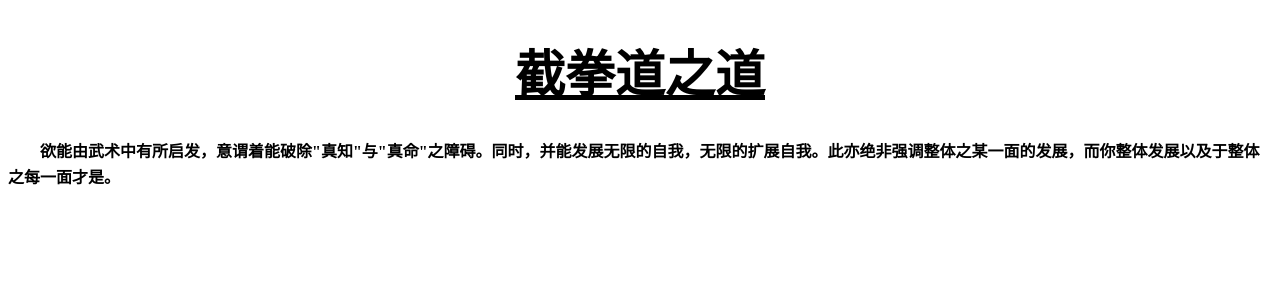
Repository: MasterKweng/workspace
Page: WebBasic/WebContent/Day02/text.html
The author's editor kept a copy of each file at every save. The page is drawn from the files as they stood at one save, then again after the next save.
The browser window is 1280 px wide. The pictures show the whole page.

Above is the page before, as saved 2018-01-04 06:49:06.

### WebBasic/WebContent/Day02/text.html
<!doctype html>
<html>
	<head>
		<title>文本格式化</title>
		<meta charset="utf-8"/>
		<style type="text/css">
			body{
				font-family:'微软雅黑';
			}
			h1{
				font-size:50px;
				text-align:center;
				text-decoration:underline;
			}
			p{
				font-weight:bold;
				line-height:1.6em;/*行间距*/
				text-indent:2em;/*缩进*/
			}
		</style>
	</head>
	<body>
		<h1>截拳道之道</h1>
		<p>欲能由武术中有所启发，意谓着能破除"真知"与"真命"之障碍。同时，并能发展无限的自我，无限的扩展自我。此亦绝非强调整体之某一面的发展，而你整体发展以及于整体之每一面才是。</p>
	</body>
</html>

After the next save:
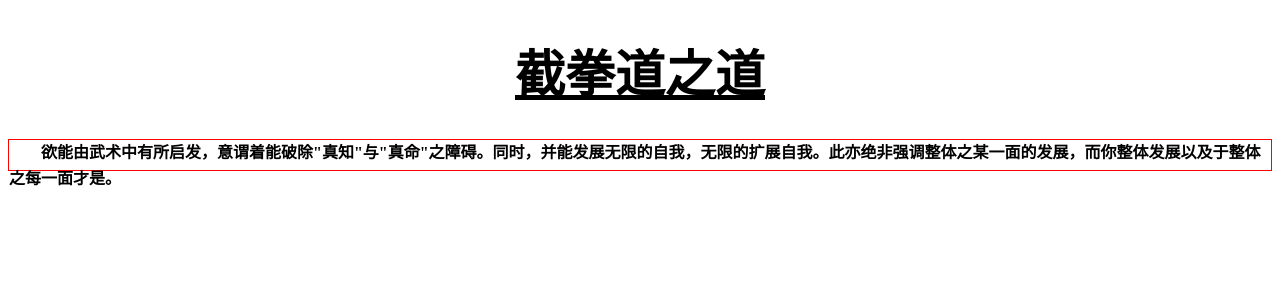
Saved 8 min 17 s later.
--- a/WebBasic/WebContent/Day02/text.html
+++ b/WebBasic/WebContent/Day02/text.html
@@ -17,6 +17,10 @@
 				line-height:1.6em;/*行间距*/
 				text-indent:2em;/*缩进*/
 			}
+			p{
+				height:30px;
+				border:1px solid red;
+			}
 		</style>
 	</head>
 	<body>
